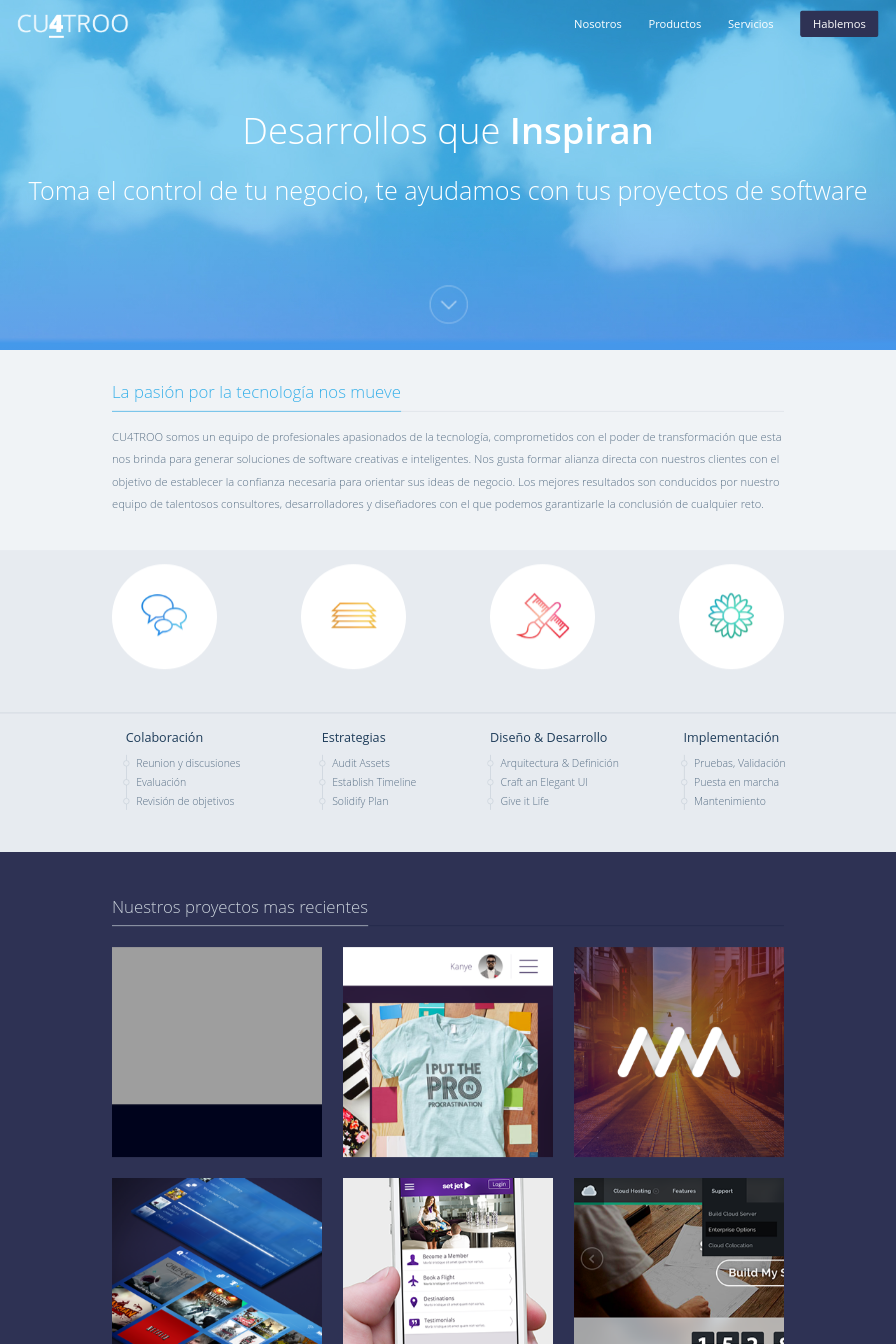
Repository: cuatroo/website
Page: index.html
The author's editor kept a record of every edit. The page is drawn from the files as they stood at one moment, then again after the next edit.
The browser window is 1280 px wide. The pictures show the part of the page from y = 0 to 1920 px (the page is 3294 px tall), at 70% of full size.
Pictures or frames that could not be fetched are drawn as grey boxes. Some web libraries are served in a nearby version.

Above is the page before.
Console error (its wording comes from the project's code and is left out).

### index.html
<!DOCTYPE html>
<!-- saved from url=(0017)http://www.cuatroo.com/ -->
<html class="skrollr skrollr-desktop"><head><meta http-equiv="Content-Type" content="text/html; charset=UTF-8">
        <meta charset="utf-8">
        <meta http-equiv="X-UA-Compatible" content="IE=edge">
        <title>CU4TROO | Soluciones de negocio a traves de la tecnologia | Mexico</title>
        <meta name="description" content="Professional Web & Development Services &amp; Small Business SaaS">
        <meta name="keywords" content="mexico tijuana sonora design, sonora website design, mexico web design, tijuana web services, mexico app design, tijuana app design, sonora app design">
        <meta name="author" content="CU4TROO">
        <meta name="viewport" content="width=device-width, initial-scale=1">

        <link rel="shortcut icon" type="image/png" href="./assets/img/favicon.ico">
        <link rel="stylesheet" href="./assets/css/main.css">
        <link rel="stylesheet" href="./assets/font-awesome/css/font-awesome.min.css">
    </head>
    <body style="height: 3293px;">

        <!--[if lt IE 8]>
            <div class="browseHappy">
		        <p class="browsehappy">You are using an <strong>outdated</strong> browser. Please <a href="http://browsehappy.com/">upgrade your browser</a> to improve your experience.</p>
	        </div>
        <![endif]-->

        <!-- Welcome -->
        <div class="welcome" style="display: none;">
	        <h2>Software que <span>Inspira</span></h2>
	        <h3>Haga crecer su negocio conf <span>calidad</span></h3>
        </div>

        <div id="mainViewpoint">
	        <!-- Header -->
	        <header id="header">
	        	<nav id="navigation" data-400="background: rgba(55, 176, 233, 0)" data-432="background: rgba(55, 176, 233, .98)" class="skrollable skrollable-between" style="background: rgba(55, 176, 233, 0.980392);">
	        		<a class="logo left" href="#">

					<img src="./assets/img/logo_cu4troo.png" >
	        		</a>
	        		<ul class="right">
	        			<li><a href="#about">Nosotros</a></li>
	        			<li><a href="#work">Productos</a></li>
	        			<li><a href="#services">Servicios</a></li>
	        			<li><a class="contactD3sign" href="#talk">Hablemos</a></li>
	        		</ul>
	        		<a class="mobileNav right" href="#"><span class="icon"></span></a>
	        		<div class="clear"></div>
	        		 <div class="mobileMenu">
			        	<ul>
			        		<li><a href="#about">Nosotros</a></li>
				        	<li><a href="#work">Productos</a></li>
				        	<li><a href="#services">Servicios</a></li>
				        	<li><a href="#talk">Hablemos</a></li>
			        	</ul>
			        </div>
	        	</nav>
	        	<!-- Hero -->
	        	<div class="hero skrollable skrollable-after" data-0="background-position: 0 0px; opacity: 1" data-400="background-position: 0 -30px; opacity: 0" style="opacity: 0; background-position: 0px -30px;">
		        	<h2 data-0="padding-top: 160px" data-400="padding-top: 50px" class="skrollable skrollable-after" style="padding-top: 50px;">Desarrollos que <span>Inspiran</span></h2>
		        	<h3>Toma el control de tu negocio, te ayudamos con tus proyectos de </span>software</h3>
		        	<a data-0="bottom: 40px" data-400="bottom: 250px" class="scrollDown skrollable skrollable-after" href="#about" style="bottom: 250px;"><span class="icon"></span></a>
	        	</div>
	        </header>
	        <div id="skrollr-body">
		        <div id="main" style="height: 1200px">
		        	<!-- About -->
		        	<section id="about">
		        		<div class="wrapper">
		        			<header>
		        				<h3>La pasi&oacute;n por la tecnolog&iacute;a nos mueve </h3>
		        			</header>
		        			<p>CU4TROO somos un equipo de profesionales apasionados de la tecnolog&iacute;a, comprometidos con el poder de transformaci&oacute;n que esta nos brinda para generar soluciones de software creativas e inteligentes. Nos gusta formar alianza directa con nuestros clientes con el objetivo de establecer la confianza necesaria para orientar sus ideas de negocio. Los mejores resultados son conducidos por nuestro equipo de talentosos consultores, desarrolladores y diseñadores con el que podemos garantizarle la conclusi&oacute;n de cualquier reto.</p>
		        		</div>
		        		<div class="workFlow animate">
		        			<div class="wrapper">
		        				<ul>
		        					<li class="collaborate animate">
			        					<div class="iconContainer">
			        						<span class="shadowEffect"></span>
			        						<span class="icon"></span>
			        					</div>
			        					<span class="point autoCenter"></span>
			        					<div class="details" style="width: 92px;">
				        					<h4>Colaboraci&oacute;n</h4>
				        					<ul>
				        						<li>Reunion y discusiones</li>
				        						<li>Evaluaci&oacute;n</li>
				        						<li>Revisi&oacute;n de objetivos</li>
				        					</ul>
			        					</div>
		        					</li>
		        					<li class="strategize animate">
			        					<div class="iconContainer">
			        						<span class="shadowEffect"></span>
			        						<span class="icon"></span>
			        					</div>
			        					<span class="point autoCenter"></span>
			        					<div class="details" style="width: 81px;">
				        					<h4>Estrategias</h4>
				        					<ul>
				        						<li>Audit Assets</li>
				        						<li>Establish Timeline</li>
				        						<li>Solidify Plan</li>
				        					</ul>
			        					</div>
		        					</li>
		        					<li class="dev animate">
			        					<div class="iconContainer">
			        						<span class="shadowEffect"></span>
			        						<span class="icon"></span>
			        					</div>
			        					<span class="point autoCenter"></span>
			        					<div class="details" style="width: 144px;">
				        					<h4>Diseño &amp; Desarrollo</h4>
				        					<ul>
				        						<li>Arquitectura &amp; Definici&oacute;n</li>
				        						<li>Craft an Elegant UI</li>
				        						<li>Give it Life</li>
				        					</ul>
			        					</div>
		        					</li>
		        					<li class="implement animate">
			        					<div class="iconContainer">
			        						<span class="shadowEffect"></span>
			        						<span class="icon"></span>
			        					</div>
			        					<span class="point autoCenter"></span>
			        					<div class="details" style="width: 84px;">
				        					<h4>Implementaci&oacute;n</h4>
				        					<ul>
                                                <li>Pruebas, Validaci&oacute;n</li>
				        						<li>Puesta en marcha</li>
				        						<li>Mantenimiento</li>
				        					</ul>
			        					</div>
		        					</li>
		        				</ul>
		        				<div class="clear"></div>
		        			</div>
		        		</div>
		        	</section>
		        	<section id="work">
			        	<div class="wrapper">
				        	<header>
		        				<h3>Nuestros proyectos mas recientes</h3>
		        			</header>
		        			<div class="gallery animate">
                                <div class="shotWrapper" data-img="assets/img/raveil.png">
                                    <div class="shot" style="background: url(assets/img/raveil_preview.png)">
                                        <div class="overlay">
                                            <div class="contentContainer">
                                                <header>
                                                    <h4>Racks Inc. Inventario</h4>
                                                    <p>UI/UX Design &amp; Development</p>
                                                </header>
                                                <a class="viewProject" href="#">View Project</a>
                                            </div>
                                        </div>
                                    </div>
                                </div>
                                <div class="shotWrapper" data-img="assets/img/mysalesclub.png">
                                    <div class="shot" style="background: url(assets/img/mysalesclub_preview.png)">
                                        <div class="overlay">
                                            <div class="contentContainer">
                                                <header>
                                                    <h4>My Sales Club</h4>
                                                    <p>UI/UX Design &amp; Development</p>
                                                </header>
                                                <a class="viewProject" href="#">View Project</a>
                                            </div>
                                        </div>
                                    </div>
                                </div>
                                <div class="shotWrapper" data-img="assets/img/ams.png">
                                    <div class="shot" style="background: url(assets/img/ams_preview.png)">
                                        <div class="overlay">
                                            <div class="contentContainer">
                                                <header>
                                                    <h4>Amazing Media Solutions</h4>
                                                    <p>UI Design &amp; WordPress Development</p>
                                                </header>
                                                <a class="viewProject" href="#">View Project</a>
                                            </div>
                                        </div>
                                    </div>
                                </div>
                                <div class="shotWrapper" data-img="assets/img/vita.png">
                                    <div class="shot" style="background: url(assets/img/vita_preview.png)">
                                        <div class="overlay">
                                            <div class="contentContainer">
                                                <header>
                                                    <h4>PSVita Redesign</h4>
                                                    <p>UI/UX Redesign Concept</p>
                                                </header>
                                                <a class="viewProject" href="#">View Project</a>
                                            </div>
                                        </div>
                                    </div>
                                </div>
		        				<div class="shotWrapper" data-img="assets/img/setjet.png">
		        					<div class="shot" style="background: url(assets/img/setjet_preview.png)">
		        						<div class="overlay">
		        							<div class="contentContainer">
		        								<header>
		        									<h4>Set Jet Mobile App</h4>
		        									<p>UI Design &amp; Mobile Development</p>
		        								</header>
		        								<a class="viewProject" href="#">View Project</a>
		        							</div>
		        						</div>
		        					</div>
		        				</div>
		        				<div class="shotWrapper" data-img="assets/img/besthost.png">
		        					<div class="shot" style="background: url(assets/img/besthost_preview.png)">
		        						<div class="overlay">
		        							<div class="contentContainer">
		        								<header>
		        									<h4>BestHost WP Theme</h4>
		        									<p>UI Design &amp; WordPress Development</p>
		        								</header>
		        								<a class="viewProject" href="#">View Project</a>
		        							</div>
		        						</div>
		        					</div>
		        				</div>
		        				<div class="clear"></div>
		        			</div>
			        	</div>
		        	</section>
		        	<section id="services">
		        		<div class="wrapper">
		        			<header>
		        				<h3>Ser</h3>
		        			</header>
		        			<p>Great interfaces are unified systems of visuals and interactions that solve complex problems with empathy for the end-user. Whether it's on the web, desktop, mobile, or all three, our team loves bringing concepts to life by using a variety of languages and platforms.</p>
							<div class="responsiveDesign animate">
								<div class="image"></div>
							</div>
		        		</div>
						<div class="serviceDetails">
							<div class="wrapper">
								<div class="column">
									<header>
					        			<h3>Servicios en la nube</h3>
									</header>
									<p>Your brand is your business. It is the visual system that expresses your personality, values, and competitive edge. With conceptualized brand identities, we deliver a comprehensive style guide of customized bold, clean marks, typeface, color palettes, and marketing collateral.</p>
								</div>
								<div class="column">
									<header>
					        			<h3>Diseño Web &amp; Mobile</h3>
									</header>
									<p>A brand is only as successful as its implementation. We take a holistic approach to brand application, channeling the design process to the web experience. This means smart design for the tech savvy, as well as user-friendly design for the less tech-versed. Placing emphasis on human experience, we apply strong, intentional visuals across all screen sizes.</p>
								</div>
								<div class="column">
									<header>
					        			<h3>Desarrollo</h3>
									</header>
									<p>Don’t blow your concept in the execution. Make sure you have the right development team to efficiently carry out your design elements across multiple platforms. And the team that can define a user-friendly CMS to enable you to manage your site update your own content. Fortunately for you, web development is our sweet spot.</p>
								</div>
								<div class="clear"></div>
							</div>
		        		</div>
		        	</section>
		        	<section id="letsTalk">
                        <a class="contactD3sign" href="#"><h4><span>Hablemos</span> acerca de su siguiente proyecto <span class="icon"></span></h4></a>
		        	</section>
		        	<footer>
		        		<div class="logo left">

							 	<img src="./assets/img/logo_cu4troo.png" >

		        		</div>
		        		<ul class="right">
		        			<li><a href="#about">Nosotros</a></li>
		        			<li><a href="#work">Trabajos</a></li>
		        			<li><a href="#services">Servicios</a></li>
		        			<li><a class="contactD3sign" href="#talk">Hablemos</a></li>
		        		</ul>
		        	</footer>
		        </div>
	        </div>
        </div>
        <div class="contactModal">
        	<div class="modalWrapper">
        		<div class="modal">
        			<div class="contentContainer">
        				<h2><span>Hablemos</span> acerca de su siguiente proyecto</h2>
                        <p>Nos encantaría ayudar a elaborar estrategias, diseñar, construir y ejecutar su idea. La investigacion de su proyecto es muy importante para nosotros, Seguro encontraremos la mejor forma de servirle</p>

        			</div>
        			<form method="post" action="assets/inc/contact.php" id="contactForm">
	        			<div class="formContainer">
	        				<div class="contentContainer">
		        				<div class="inputContainer">
		        					<input type="text" name="name" id="name" placeholder="Nombre" required="">
		        				</div>
		        				<div class="inputContainer">
		        					<input type="text" name="email" id="email" placeholder="Correo Electronico" required="">
		        				</div>
		        				<div class="messageContainer">
		        					<textarea name="message" id="message" placeholder="Cuentenos acerca de su emocionante proyecto.." required=""></textarea>
		        				</div>
		        				<div class="budgetContainer">
		        					<label>Presupuesto para su proyecto <span class="budgetAmount">$5,000</span></label>
		        					<div class="budgetSlider ui-slider ui-slider-horizontal ui-widget ui-widget-content ui-corner-all" aria-disabled="false"><div class="ui-slider-range ui-widget-header ui-corner-all ui-slider-range-min" style="width: 7.40740740740741%;"></div><a class="ui-slider-handle ui-state-default ui-corner-all" href="http://www.cuatroo.com/#" style="left: 7.40740740740741%;"></a></div>
		        				</div>
	        				</div>
	        			</div>
	        			<div class="formActions">
	        				<button class="secondaryBtn">Cancelar</button>
	        				<button class="primaryBtn">Enviar Mensaje</button>
	        			</div>
        			</form>
        			<div class="loadingOverlay">
	        			<div class="loadingIcon"></div>
        			</div>
        			<div class="successOverlay">
        				<h2>We received your project inquiry.</h2>
        				<p>We'll do our best to respond within a few business days. </p>
        				<a class="close" href="#">Cerrar</a>
        			</div>
        		</div>
        	</div>
        </div>
        <script async="" src="//www.google-analytics.com/analytics.js"></script>
        <script src="http://ajax.googleapis.com/ajax/libs/jquery/1.11.0/jquery.min.js"></script>
        <script src="http://ajax.googleapis.com/ajax/libs/jqueryui/1.10.4/jquery-ui.min.js"></script>
        <script src="./assets/js/main.js"></script>
        <script src="./assets/js/skrollr.min.js"></script>
        <script src="./assets/js/waypoints.min.js"></script>
        <script>
          (function(i,s,o,g,r,a,m){i['GoogleAnalyticsObject']=r;i[r]=i[r]||function(){
          (i[r].q=i[r].q||[]).push(arguments)},i[r].l=1*new Date();a=s.createElement(o),
          m=s.getElementsByTagName(o)[0];a.async=1;a.src=g;m.parentNode.insertBefore(a,m)
          })(window,document,'script','//www.google-analytics.com/analytics.js','ga');

          ga('create', 'UA-46824321-1', 'auto');
          ga('send', 'pageview');

        </script>


</body></html>

Loaded but not shown: assets/font-awesome/css/font-awesome.min.css (library); assets/js/skrollr.min.js (library); assets/js/waypoints.min.js (library); assets/js/main.js (257 lines, source omitted); assets/css/main.css (1855 lines, source omitted)

After the next edit:
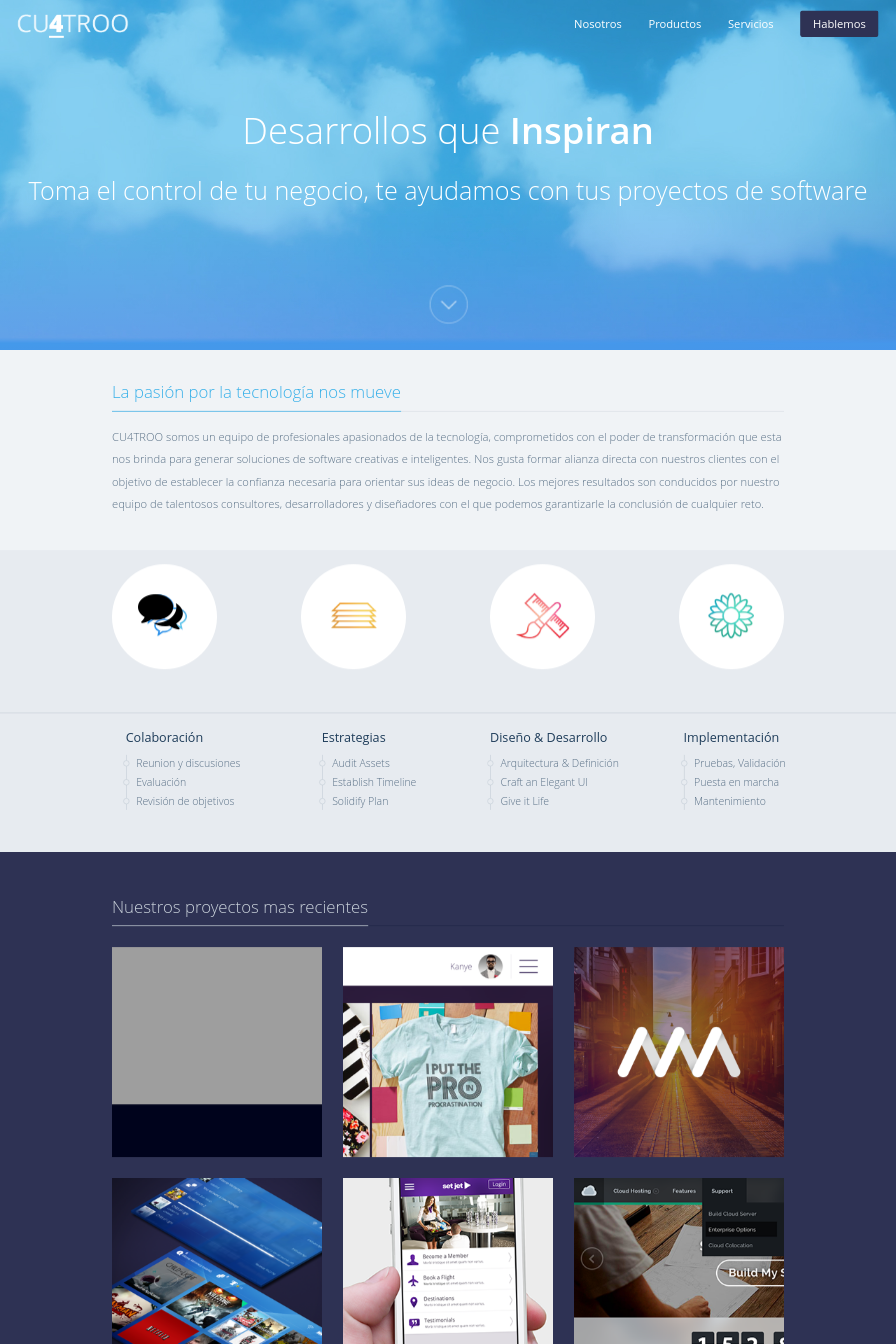
The edit:
--- a/index.html
+++ b/index.html
@@ -75,7 +75,8 @@
 		        					<li class="collaborate animate">
 			        					<div class="iconContainer">
 			        						<span class="shadowEffect"></span>
-			        						<span class="icon"></span>
+			        						<span class="icon"><i class="fa fa-comments fa-4x"></i></span>
+
 			        					</div>
 			        					<span class="point autoCenter"></span>
 			        					<div class="details" style="width: 92px;">
